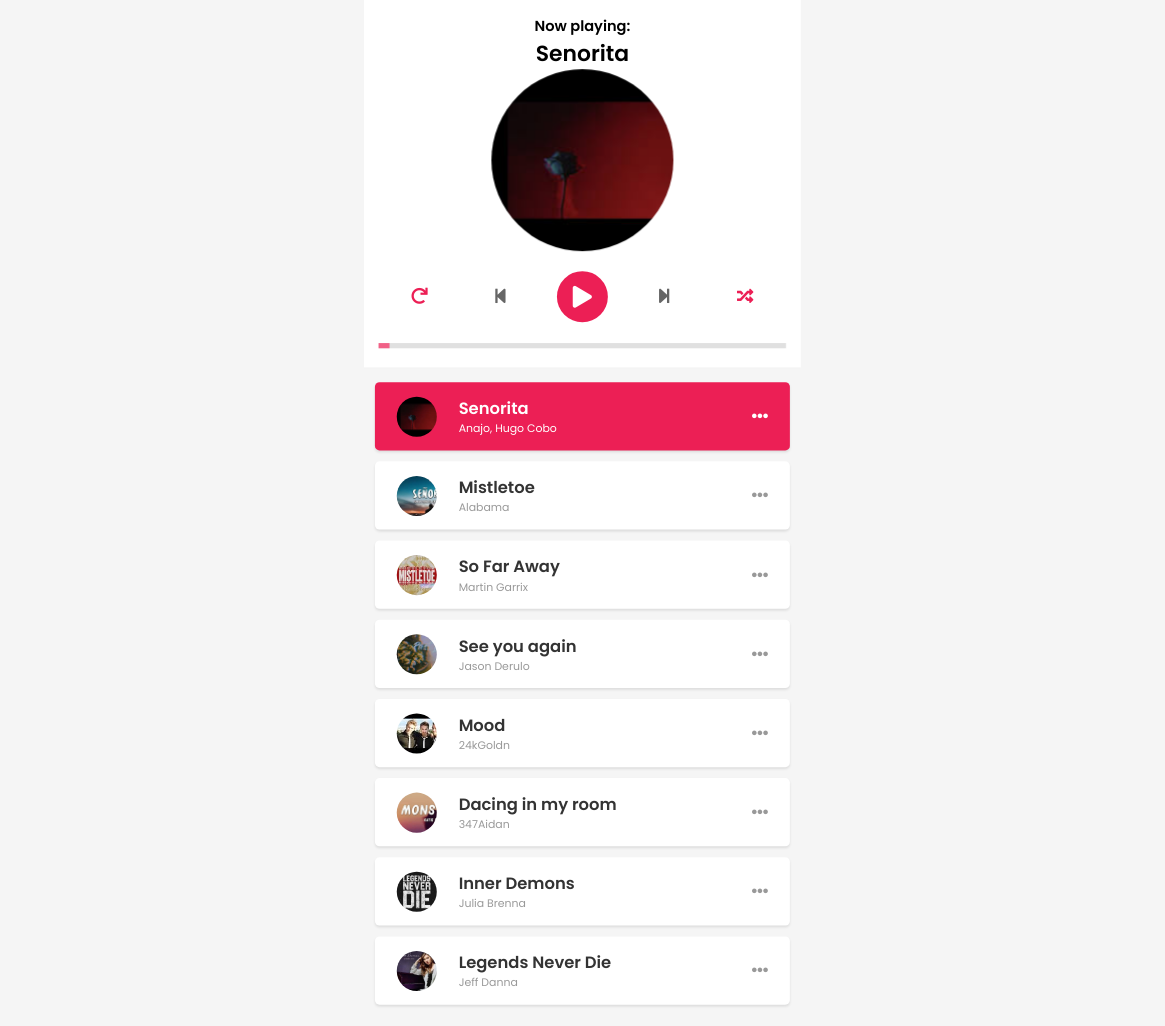
Repository: MinhNhatIT2901/Mp3-clon
Page: index.html
The author's editor kept a copy of each file at every save. The page is drawn from the files as they stood at one save, then again after the next save.
The browser window is 1280 px wide. The pictures show the whole page, at 91% of full size.

Above is the page before, as saved 2022-01-02 18:59:07.

### index.html
<!DOCTYPE html>
<html lang="en">
<head>
    <meta charset="UTF-8">
    <meta http-equiv="X-UA-Compatible" content="IE=edge">
    <meta name="viewport" content="width=device-width, initial-scale=1.0">
    <title>Document</title>
    <link rel="stylesheet" href="./asset/css/app.css">
    <link rel="stylesheet" href="https://cdnjs.cloudflare.com/ajax/libs/font-awesome/5.15.2/css/all.min.css" integrity="sha512-HK5fgLBL+xu6dm/Ii3z4xhlSUyZgTT9tuc/hSrtw6uzJOvgRr2a9jyxxT1ely+B+xFAmJKVSTbpM/CuL7qxO8w==" crossorigin="anonymous" />
    <link rel="preconnect" href="https://fonts.gstatic.com">
    <link href="https://fonts.googleapis.com/css2?family=Poppins:wght@300;400;600&display=swap" rel="stylesheet">
</head>
<body>
    <div class="player">
        <div class="dashboard">
            <div class="header" style="text-align: center">
                <h4>Now playing:</h4>
                <h2 class="header-name">String 57th & 9th</h2>
            </div>

            <div class="cd">
                <div class="cd-thumb" style="background-image: url('https://i.ytimg.com/vi/jTLhQf5KJSc/maxresdefault.jpg')">
                </div>
            </div>

            <div class="control">
                <div class="btn btn-repeat">
                    <i class="fas fa-redo"></i>
                </div>
                <div class="btn btn-prev">
                    <i class="fas fa-step-backward"></i>
                </div>
                <div class="btn btn-toggle-play">
                    <i class="fas fa-pause icon-pause"></i>
                    <i class="fas fa-play icon-play"></i>
                </div>
                <div class="btn btn-next">
                    <i class="fas fa-step-forward"></i>
                </div>
                <div class="btn btn-random">
                    <i class="fas fa-random"></i>
                </div>
            </div>

            <input id="progress" class="progress" type="range" value="0" step="1" min="0" max="100">
            <audio id="audio" src=""></audio>
        </div>

        <div class="playlist">
        </div>
    </div>
</body>
    <script src="./asset/css/app.js"></script>
</html>

### asset/css/app.css
:root {
  --primary-color: #ec1f55;
  --text-color: #333;
}

* {
  padding: 0;
  margin: 0;
  box-sizing: inherit;
}

body {
  background-color: #f5f5f5;
}

html {
  box-sizing: border-box;
  font-family: "Poppins", sans-serif;
}

.player {
  position: relative;
  max-width: 480px;
  margin: 0 auto;
}

.player .icon-pause {
  display: none;
}

.player.playing .icon-pause {
  display: inline-block;
}

.player.playing .icon-play {
  display: none;
}

.dashboard {
  padding: 16px 16px 14px;
  background-color: #fff;
  position: fixed;
  top: 0;
  width: 100%;
  max-width: 480px;
  border-bottom: 1px solid #ebebeb;
}

/* HEADER */
header {
  text-align: center;
  margin-bottom: 10px;
}

header h4 {
  color: var(--primary-color);
  font-size: 12px;
}

header h2 {
  color: var(--text-color);
  font-size: 20px;
}

/* CD */
.cd {
  display: flex;
  margin: auto;
  width: 200px;
}

.cd-thumb {
  width: 100%;
  padding-top: 100%;
  border-radius: 50%;
  background-color: #333;
  background-size: cover;
  margin: auto;
}

/* CONTROL */
.control {
  display: flex;
  align-items: center;
  justify-content: space-around;
  padding: 18px 0 8px 0;
}

.control .btn {
  color: #666;
  padding: 18px;
  font-size: 18px;
}

.control .btn.active {
  color: var(--primary-color);
}

.control .btn-toggle-play {
  width: 56px;
  height: 56px;
  border-radius: 50%;
  font-size: 24px;
  color: #fff;
  display: flex;
  align-items: center;
  justify-content: center;
  background-color: var(--primary-color);
}

.progress {
  width: 100%;
  -webkit-appearance: none;
  height: 6px;
  background: #d3d3d3;
  outline: none;
  opacity: 0.7;
  -webkit-transition: 0.2s;
  transition: opacity 0.2s;
}

.progress::-webkit-slider-thumb {
  -webkit-appearance: none;
  appearance: none;
  width: 12px;
  height: 6px;
  background-color: var(--primary-color);
  cursor: pointer;
}

/* PLAYLIST */
.playlist {
  margin-top: 408px;
  padding: 12px;
}

.song {
  display: flex;
  align-items: center;
  margin-bottom: 12px;
  background-color: #fff;
  padding: 8px 16px;
  border-radius: 5px;
  box-shadow: 0 2px 3px rgba(0, 0, 0, 0.1);
}

.song.active {
  background-color: var(--primary-color);
}

.song:active {
  opacity: 0.8;
}

.song.active .option,
.song.active .author,
.song.active .title {
  color: #fff;
}

.song .thumb {
  width: 44px;
  height: 44px;
  border-radius: 50%;
  background-size: cover;
  margin: 0 8px;
}

.song .body {
  flex: 1;
  padding: 0 16px;
}

.song .title {
  font-size: 18px;
  color: var(--text-color);
}

.song .author {
  font-size: 12px;
  color: #999;
}

.song .option {
  padding: 16px 8px;
  color: #999;
  font-size: 18px;
}

### asset/css/app.js
const $ = document.querySelector.bind(document);
const $$ = document.querySelectorAll.bind(document);

const PLAYER_STORAGE_KEY = 'NMN';

const cd = $('.cd');
const heading = $('.header-name');
const cdThumb = $('.cd-thumb');
const audio = $('#audio');
const playBtn = $('.btn-toggle-play');
const player = $('.player');
const progress = $('#progress');
const prevBtn = $('.btn-prev');
const nextBtn = $('.btn-next');
const randomBtn = $('.btn-random');
const repeatBtn = $('.btn-repeat');
const playList = $('.playlist');


const app = {
    currentIndex: 0,
    isPlaying: false,
    isRandom: false,
    isRepeat: false,
    config: JSON.parse(localStorage.getItem(PLAYER_STORAGE_KEY)) || {},
    songs: [
        {
            name: 'Senorita',
            singer: 'Anajo, Hugo Cobo',
            path: './asset/music/music1.mp3',
            image: './asset/img/img1.jpg'
        },
        {
            name: 'Mistletoe',
            singer: 'Alabama',
            path: './asset/music/music3.mp3',
            image: './asset/img/img2.jpg'
        },
        {
            name: 'So Far Away',
            singer: 'Martin Garrix',
            path: './asset/music/music2.mp3',
            image: './asset/img/img3.jpg'
        },
        {
            name: 'See you again',
            singer: 'Jason Derulo',
            path: './asset/music/music4.mp3',
            image: './asset/img/img4.jpg'
        },
        {
            name: 'Mood',
            singer: '24kGoldn',
            path: './asset/music/music5.mp3',
            image: './asset/img/img5.jpg'
        },
        {
            name: 'Dacing in my room',
            singer: '347Aidan',
            path: './asset/music/music6.mp3',
            image: './asset/img/img6.jpg'
        },
        {
            name: 'Inner Demons',
            singer: 'Julia Brenna',
            path: './asset/music/music7.mp3',
            image: './asset/img/img7.jpg'
        },
        {
            name: 'Legends Never Die',
            singer: 'Jeff Danna',
            path: './asset/music/music8.mp3',
            image: './asset/img/img8.jpg'
        }
    ],
    setConfig: function(key, value) {
        this.config[key] = value
        localStorage.setItem(PLAYER_STORAGE_KEY, JSON.stringify(this.config))
    },
    render: function() {
        const htmls = this.songs.map((song, index) => {
            return `
            <div class="song ${index === this.currentIndex ? 'active' : ''}" data-index="${index}">
                <div class="thumb"
                    style="background-image: url('${song.image}')">
                </div>
                <div class="body">
                    <h3 class="title">${song.name}</h3>
                    <p class="author">${song.singer}</p>
                </div>
                <div class="option">
                    <i class="fas fa-ellipsis-h"></i>
                </div>
            </div>
            `
        })
        playList.innerHTML = htmls.join('');
    },
    defineProperties: function() {
        Object.defineProperty(this, 'currentSong', {
            get: function() {
                return this.songs[this.currentIndex]
            }
        })
    },
    handleEvents: function() {
        const _this = this

        // Xu ly phong to hoac thu nho CD
        const cdWidth = cd.offsetWidth;
        document.onscroll = function() {
            const scrollTop = window.scrollY || document.documentElement.scrollTop;
            const newCdWidth = cdWidth - scrollTop;

            cd.style.width = newCdWidth > 0 ? newCdWidth + 'px' : 0;
            cd.style.opacity = newCdWidth / cdWidth;
        }

        // Xu ly khi click play
        playBtn.onclick = function() {
            if(_this.isPlaying) {
                audio.pause()
            }else {
                audio.play()
            }
        }

        // Khi song duoc play
        audio.onplay = function() {
            _this.isPlaying = true
            player.classList.add('playing')
            cdThumbAnimate.play()
        }

        // Khi song bi pause
        audio.onpause = function() {
            _this.isPlaying = false
            player.classList.remove('playing')
            cdThumbAnimate.pause()
        }

        // Bắt tiến độ bài hát
        audio.ontimeupdate = function() {
            if(audio.duration) {
                const progressPercent = Math.floor(audio.currentTime / audio.duration * 100)
                progress.value = progressPercent
            }
        }

        // Xu ly khi tua
        progress.onchange = function(e) {
            const seekTime =  audio.duration / 100 * e.target.value
            audio.currentTime = seekTime
        }

        // Xử lý CD quay / dừng
        const cdThumbAnimate = cdThumb.animate([
            { transform: 'rotate(360deg)'}
        ], {
            duration: 10000, // 10 seconds
            iterations: Infinity
        })
        cdThumbAnimate.pause()

        // Khi next song
        nextBtn.onclick = function() {
            if(_this.isRandom) {
                _this.playRandomSong()
            }else {
                _this.nextSong()
            }
            audio.play()
            _this.render()
            // _this.scrollToActiveSong()
        }

        // Khi prev song
        prevBtn.onclick = function() {
            if(_this.isRandom) {
                _this.playRandomSong()
            }else {
                _this.prevSong()
            }
            audio.play()
            _this.render()
            // _this.scrollToActiveSong()
        }

        // Click random button
        randomBtn.onclick = function(e) {
            _this.isRandom = !_this.isRandom
            _this.setConfig('isRandom', this.isRandom)
            randomBtn.classList.toggle('active', _this.isRandom)
        }

        // Click repeat
        repeatBtn.onclick = function(e) {
            _this.isRepeat = !_this.isRepeat
            _this.setConfig('isRepeat', this.isRepeat)
            repeatBtn.classList.toggle('active', _this.isRepeat)
        }

        // Next song when audio ended or back
        audio.onended = function() {
            if(_this.isRepeat) {
                audio.play()
            }else {
                nextBtn.click()
            }
        }

        // Click playlist
        playList.onclick = function(e) {
            const songNode = e.target.closest('.song:not(.active)')
            if(songNode || e.target.closest('.option')) {

                // Xu ly khi click vao song
                if(songNode) {
                    _this.currentIndex = Number(songNode.dataset.index)
                    _this.loadCurrentSong()
                    _this.render()
                    audio.play()
                }

                // Xu ly khi click vao option song
                if(e.target.closest('.option')) {
                }
            }
        }
    },
    loadCurrentSong: function() {
        heading.textContent = this.currentSong.name;
        cdThumb.style.backgroundImage = `url('${this.currentSong.image}')`;
        audio.src = this.currentSong.path;
    },
    loadConfig: function () {
        this.isRandom= this.config.isRandom
        this.isRepeat= this.config.isRepeat
    },
    nextSong: function() {
        this.currentIndex++
        if(this.currentIndex >= this.songs.length) {
            this.currentIndex = 0
        }
        this.loadCurrentSong()
    },
    prevSong: function() {
        this.currentIndex--
        if(this.currentIndex < 0) {
            this.currentIndex = this.songs.length - 1
        }
        this.loadCurrentSong()
    },
    playRandomSong: function() {
        let newIndex
        do {
            newIndex = Math.floor(Math.random() * this.songs.length)
        }while(newIndex === this.currentIndex)
        this.currentIndex = newIndex
        this.loadCurrentSong()
    },
    // scrollToActiveSong: function() {
    //     setTimeout ( () => {
    //         $('.song.active').scrollIntoView({
    //             behavior: 'smooth',
    //             block: 'neares'
    //         })
    //     }, 300)
    // },
    start: function() {
        this.loadConfig();
        // Định nghĩa các thuộc tính cho object
        this.defineProperties();

        // Lắng nghe / xử lý các sự kiện (DOM event)
        this.handleEvents();

        // Load thong tin bai hat dau tien vao` UI
        this.loadCurrentSong();

        // Render playlist
        this.render();

        randomBtn.classList.toggle('active', this.isRandom)
        repeatBtn.classList.toggle('active', this.isRepeat)
    }
}

app.start();

After the next save:
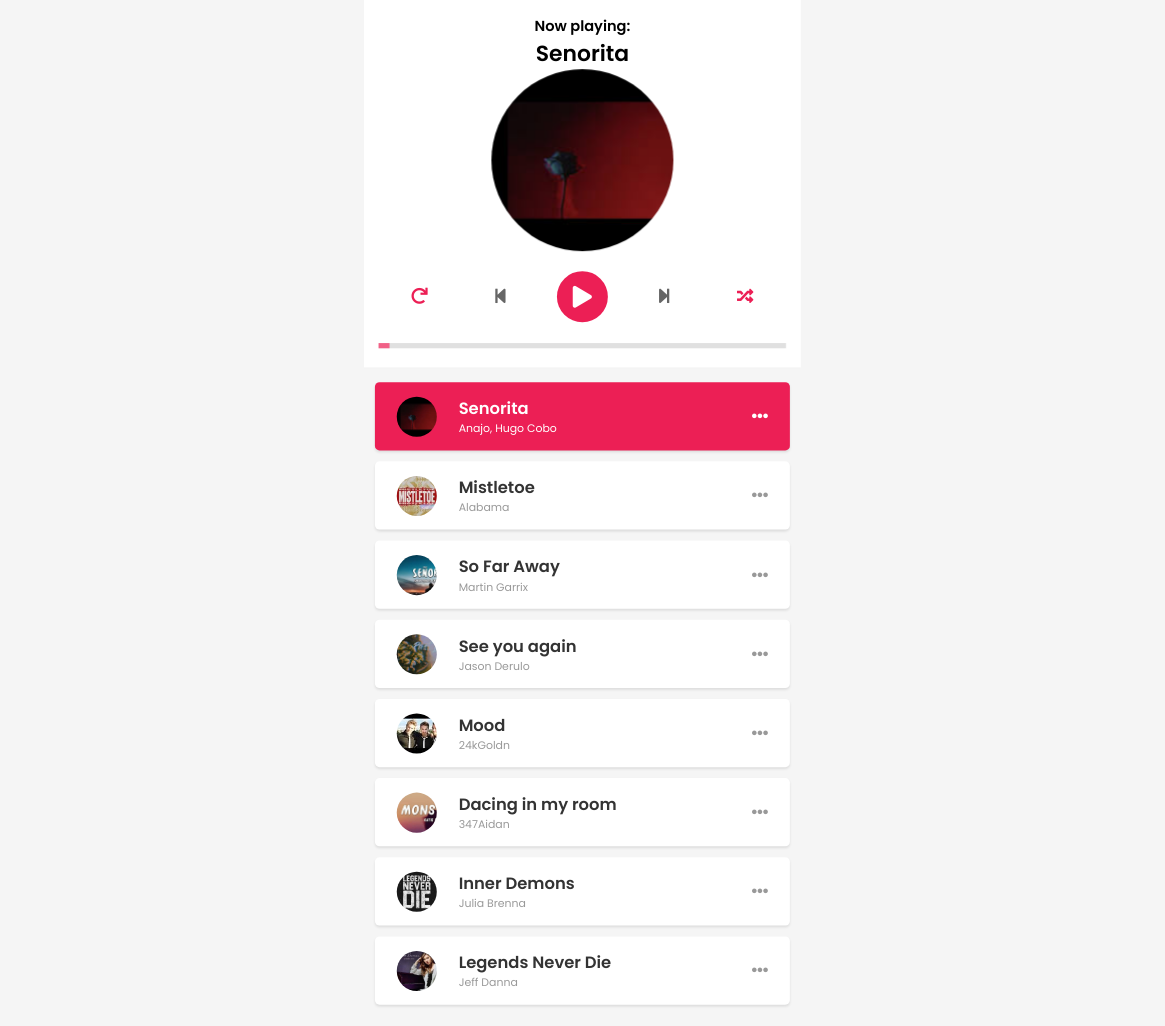
Saved 28 s later.
--- a/asset/css/app.js
+++ b/asset/css/app.js
@@ -33,14 +33,14 @@ const app = {
         {
             name: 'Mistletoe',
             singer: 'Alabama',
+            path: './asset/music/music2.mp3',
+            image: './asset/img/img3.jpg'
+        },
+        {
+            name: 'So Far Away',
+            singer: 'Martin Garrix',
             path: './asset/music/music3.mp3',
             image: './asset/img/img2.jpg'
-        },
-        {
-            name: 'So Far Away',
-            singer: 'Martin Garrix',
-            path: './asset/music/music2.mp3',
-            image: './asset/img/img3.jpg'
         },
         {
             name: 'See you again',
